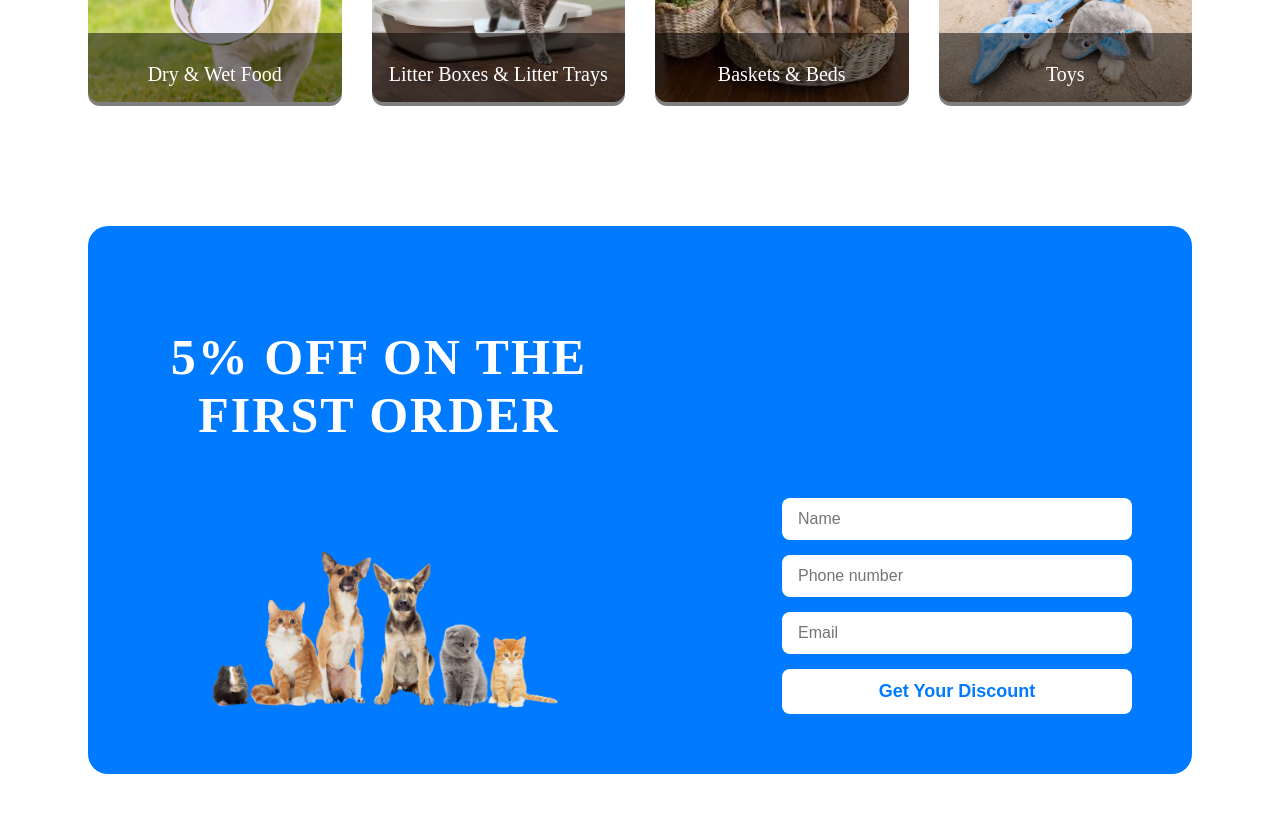
Repository: JuliiaJuliia/pet-shop-frontend
Page: / (app in pet-shop-frontend/)
The author's editor kept a copy of each file at every save. The page is drawn from the files as they stood at one save, then again after the next save.
The browser window is 1280 px wide. The pictures show the part of the page from y = 941 to 1893 px (the page is 1775 px tall before and 1893 px after).
The project was rebuilt for these pictures with package versions that can differ from the ones it lists, and the page was loaded fresh each time. Also part of the build but not shown: pet-shop-frontend/vite.config.js, pet-shop-frontend/src/pages/CheckoutPage.jsx, pet-shop-frontend/src/api/axios.js, pet-shop-frontend/src/components/ProductList.jsx.

Above is the page before, as saved 2025-11-06 14:36:13.

After the next save:
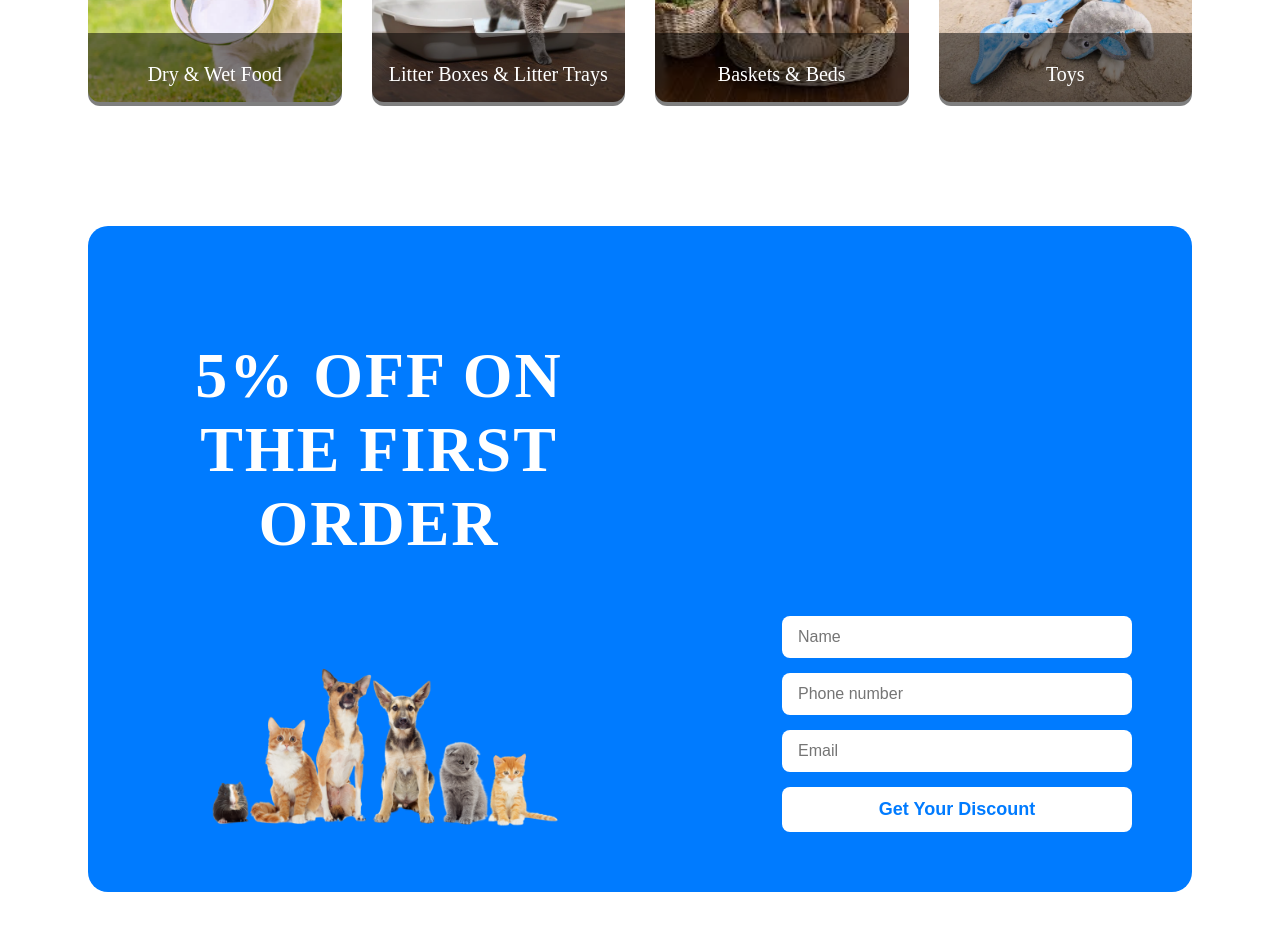
Saved 26 s later.
--- a/pet-shop-frontend/src/components/DiscountBanner.css
+++ b/pet-shop-frontend/src/components/DiscountBanner.css
@@ -18,6 +18,17 @@
     letter-spacing: 2px;
     text-transform: uppercase;
   }
+
+  .discount-banner__left h2 {
+    font-size: 64px;
+    font-weight: 700;
+    letter-spacing: 2px;
+    text-transform: uppercase;
+    margin-bottom: 40px;
+    text-align: center;
+    width: 100%;
+  }
+
 
   /* 🔹 Контейнер із картинкою та формою */
   .discount-banner__content {
